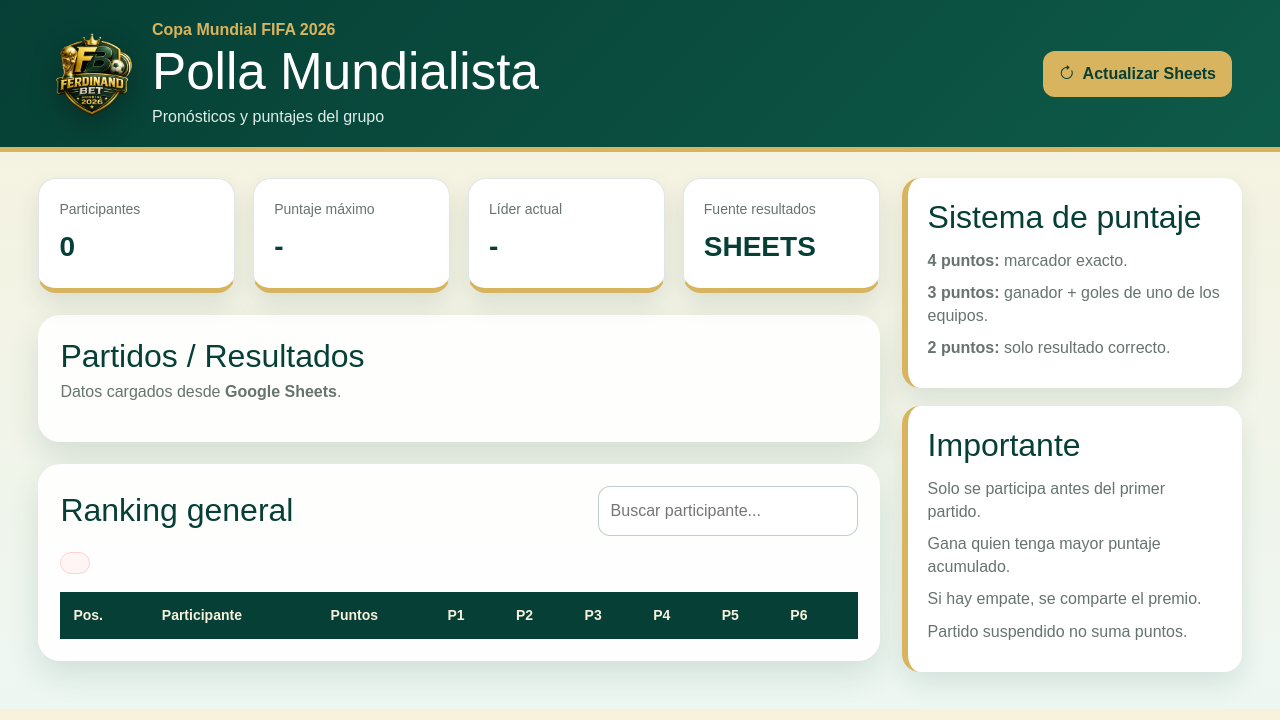
Repository: DiegoSot0/ferdinand-bet
Page: index.html
The author's editor kept a copy of each file at every save. The page is drawn from the files as they stood at one save, then again after the next save.
The browser window is 1280 px wide. The pictures show the whole page.
The page's requests for data from a server got no answer.

Above is the page before, as saved 2026-06-11 22:03:51.

After the next save:
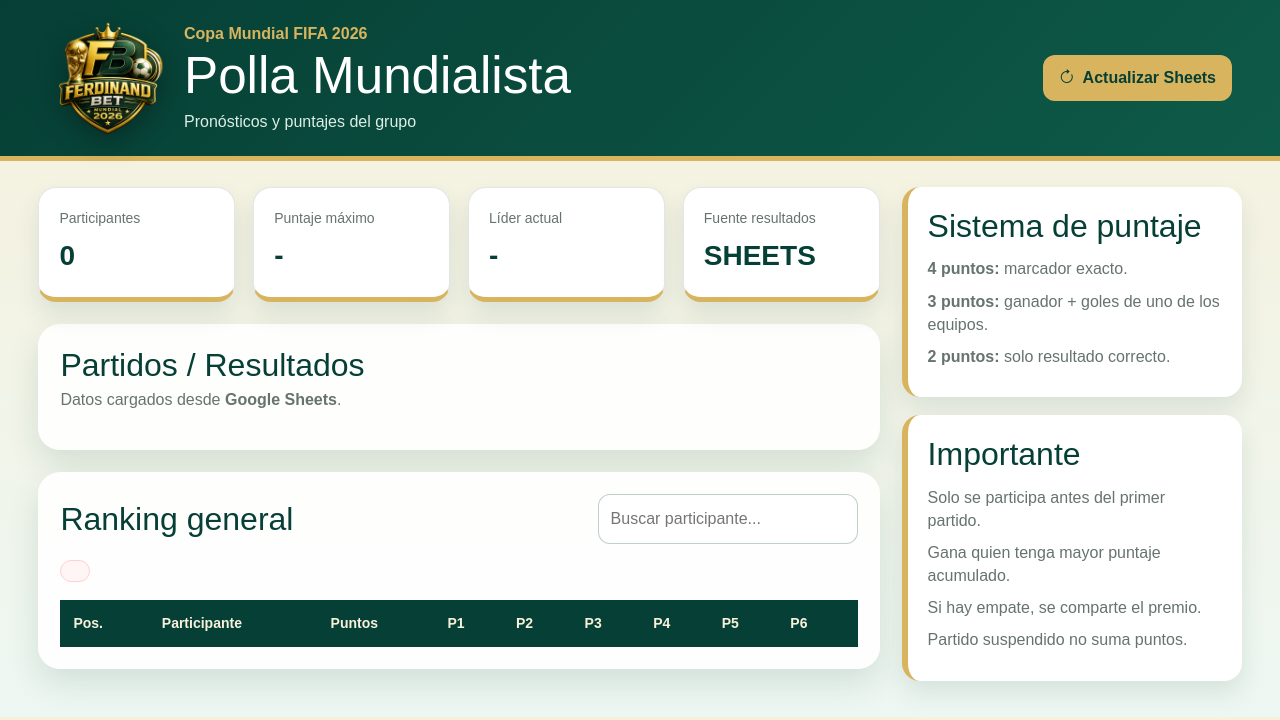
Saved 5 min 32 s later.
--- a/style.css
+++ b/style.css
@@ -40,8 +40,8 @@
 }
 
 .brand img {
-  width: 88px;
-  height: 88px;
+  width: 120px;
+  height: 120px;
   object-fit: contain;
   filter: drop-shadow(0 8px 14px rgba(0, 0, 0, .3));
 }
